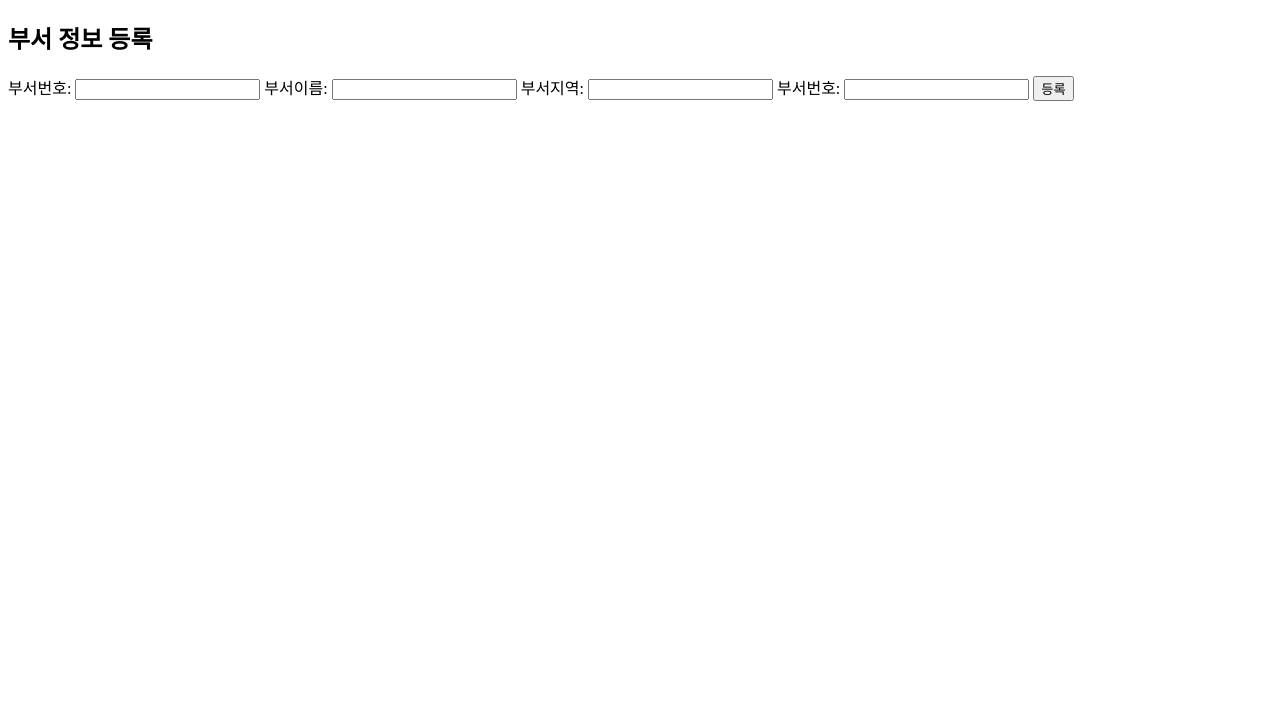
Repository: sieoh/2024html-
Page: http://localhost/jspweb_08/departform.jsp
These files come from the project's save history. The page is drawn as it stood at one moment and after the next save; the edit follows.
The browser window is 1280 px wide. The pictures show the whole page.
The page is served by Tomcat 9.

Above is the page before, as saved 2024-01-12 03:06:05.

After the next save:
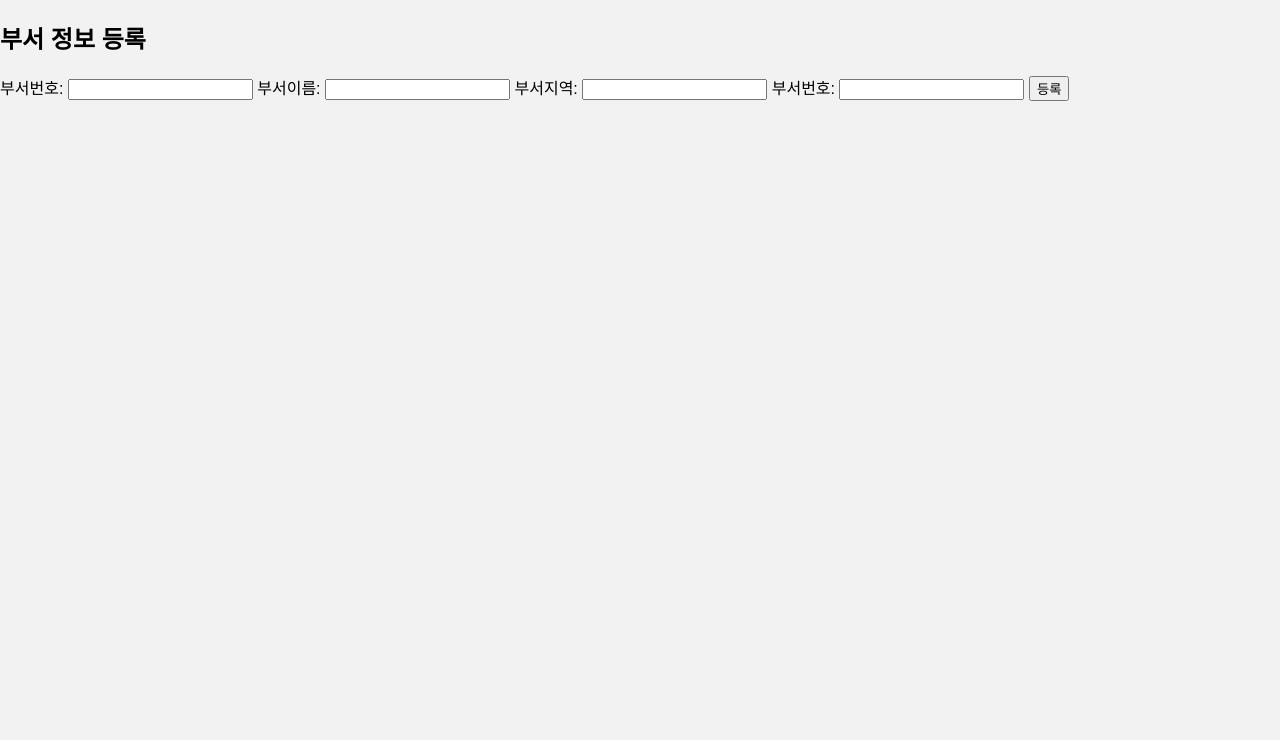
Saved 3 min 14 s later.
--- a/workspace_sts/jspweb_08/src/main/webapp/departform.jsp
+++ b/workspace_sts/jspweb_08/src/main/webapp/departform.jsp
@@ -8,7 +8,15 @@
 <meta charset="UTF-8">
 <title>Insert title here</title>
 <style type="text/css">
-
+	body{
+		font-family: Arial, sans-serif;
+		background-color: #f2f2f2;
+		margin: 0;
+		padding: 0;
+		justify-content: center;
+		align-items: center;
+		height: 100vh;
+	}
 </style>
 </head>
 <body>
